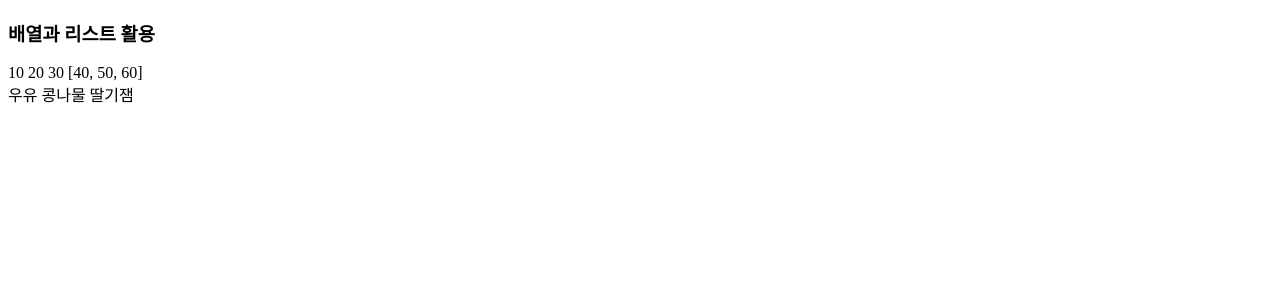
Repository: dbstjrals130/jspworks
Page: http://localhost/jwbook/ch01/scriptlet2.jsp
These files come from the project's save history. The page is drawn as it stood at one moment and after the next save; the edit follows.
The browser window is 1280 px wide. The pictures show the whole page.
The page is served by Tomcat 9.

Above is the page before, as saved 2023-11-20 02:46:06.

After the next save:
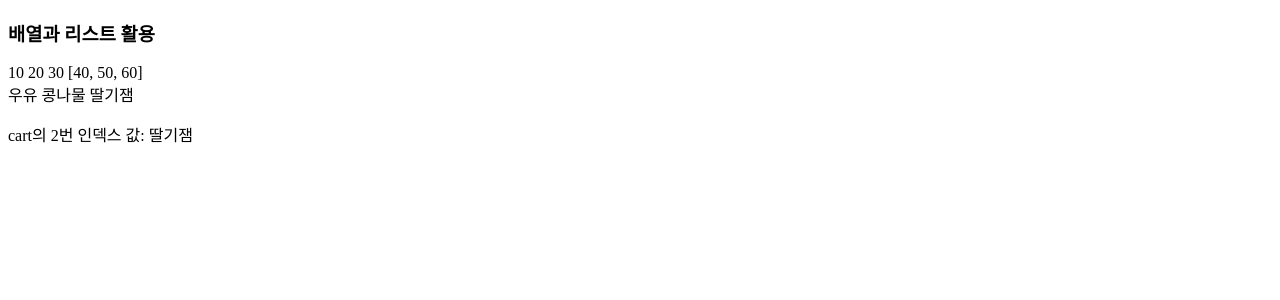
Saved 3 min 2 s later.
--- a/jwbook/src/main/webapp/ch01/scriptlet2.jsp
+++ b/jwbook/src/main/webapp/ch01/scriptlet2.jsp
@@ -33,7 +33,8 @@
 		for(String c : cart){
 			out.println(c);
 		}
+	%>
 
-	%>
+	<p>cart의 2번 인덱스 값: <%=cart.get(2) %></p>
 </body>
 </html>
